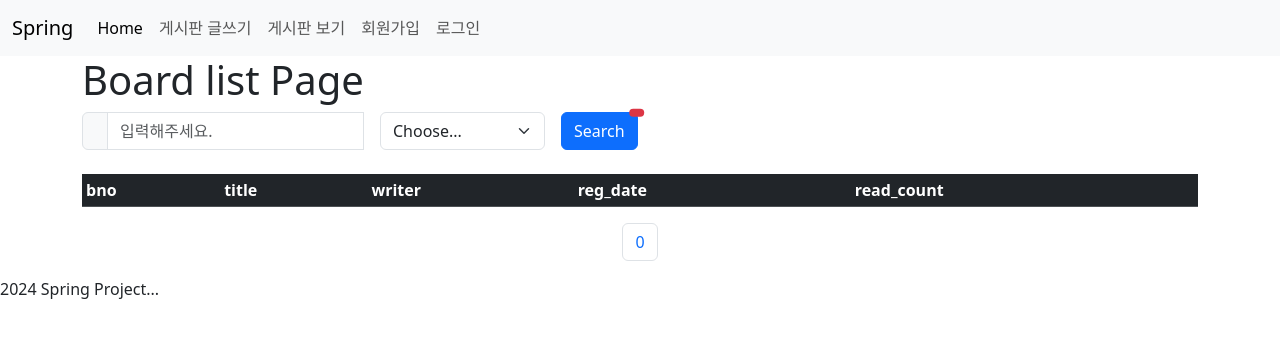
Repository: leechanggyu1118/Spring
Page: http://localhost/spring_study/WEB-INF/views/board/list.jsp
The author's editor kept a copy of each file at every save. The page is drawn from the files as they stood at one save, then again after the next save.
The browser window is 1280 px wide. The pictures show the whole page.
The page is served by Tomcat 9. Nobody is signed in. The template is opened directly, without the code that normally fills it, so the values that code supplies are empty.

Above is the page before, as saved 2024-04-30 02:03:32.

### spring_study/src/main/webapp/WEB-INF/views/board/list.jsp
<%@ page language="java" contentType="text/html; charset=UTF-8"
	pageEncoding="UTF-8"%>
 <%@ taglib uri="http://java.sun.com/jsp/jstl/core" prefix="c" %>

<jsp:include page="../layout/header.jsp"></jsp:include>
<div class="container-md">
	<h1>Board list Page</h1>
	<!-- 검색라인  -->
<form action="/board/list" class="row row-cols-lg-auto g-3 align-items-center">
  <div class="col-12">
    <label class="visually-hidden" for="inlineFormInputGroupUsername">입력해주세요</label>
    <div class="input-group">
      <div class="input-group-text">
     </div>
      <input type="text" name="keyword" class="form-control" id="inlineFormInputGroupUsername" value="${ph.pgvo.keyword }" placeholder="입력해주세요.">
      <input type="hidden" name="pageNo" value="1">
      <input type="hidden" name="qty" value="10">

    </div>
  </div>

  <div class="col-12">
    <label class="visually-hidden" for="inlineFormSelectPref">Preference</label>
    <select name="type" class="form-select" id="inlineFormSelectPref">
      <option ${ph.pgvo.type == null ? 'selected' : '' } selected>Choose...</option>
      <option value="t" ${ph.pgvo.type eq 't' ? 'selected' : '' }>Title</option>
      <option value="w"  ${ph.pgvo.type eq 'w' ? 'selected' : '' }>Writer</option>
      <option value="c"  ${ph.pgvo.type eq 'c' ? 'selected' : '' }>Content</option>
      <option value="tc"  ${ph.pgvo.type eq 'tc' ? 'selected' : '' }>title&content</option>
      <option value="wc"  ${ph.pgvo.type eq 'wc' ? 'selected' : '' }>writer&content</option>
      <option value="tw"  ${ph.pgvo.type eq 'tw' ? 'selected' : '' }>title&writer</option>
      <option value="twc" ${ph.pgvo.type eq 'twc' ? 'selected' : '' }>All</option>

    </select>
  </div>

  <div class="col-12">
<button type="submit" class="btn btn-primary position-relative">
  Search
  <span class="position-absolute top-0 start-100 translate-middle badge rounded-pill bg-danger">
    ${ph.totalCount }
    <span class="visually-hidden">unread messages</span>
  </span>
</button>
  </div>
</form>
	<br>


	<table class="table table-dark table-sm">
		<thead>
			<tr>
				<th>bno</th>
				<th>title</th>
				<th>writer</th>
				<th>reg_date</th>
				<th>read_count</th>
			</tr>
		</thead>
		<tbody>
		<c:forEach items="${list }" var="bvo">
		<tr>
			<td>${bvo.bno }</td>
			<td> <a href="/board/detail?bno=${bvo.bno }">${bvo.title }</a> </td>
			<td>${bvo.writer }</td>
			<td>${bvo.reg_date }</td>
			<td>${bvo.read_count }</td>

		</tr>

		</c:forEach>


		</tbody>

	</table>
	<!-- 페이지네이션라인  -->
	<nav aria-label="Page navigation example">
  <ul class="pagination justify-content-center">
  <c:if test="${ph.prev }">
    <li class="page-item"><a class="page-link" href="/board/list?pageNo=${ph.startPage-1}&qty=${ph.pgvo.qty}&type=${ph.pgvo.type}&keyword=${ph.pgvo.keyword}">Previous</a></li>
  </c:if>

    <c:forEach begin="${ph.startPage }" end="${ph.endPage }" var="i">
    <li class="page-item"><a class="page-link" href="/board/list?pageNo=${i}&qty=${ph.pgvo.qty}&type=${ph.pgvo.type}&keyword=${ph.pgvo.keyword}">${i }</a></li>
    </c:forEach>


    <c:if test="${ph.next }">
    <li class="page-item"><a class="page-link" href="/board/list?pageNo=${ph.endPage+1}&qty=${ph.pgvo.qty}&type=${ph.pgvo.type}&keyword=${ph.pgvo.keyword}">Next</a></li>
    </c:if>
  </ul>
</nav>


</div>
<jsp:include page="../layout/footer.jsp"></jsp:include>

### spring_study/src/main/webapp/WEB-INF/views/layout/header.jsp
<%@ page language="java" contentType="text/html; charset=UTF-8"
    pageEncoding="UTF-8"%>
    <%@taglib uri="http://java.sun.com/jsp/jstl/core" prefix="c" %>
<!DOCTYPE html>
<html>
<head>
<meta charset="UTF-8">
<title>header.jsp</title>
<link href="https://cdn.jsdelivr.net/npm/bootstrap@5.3.3/dist/css/bootstrap.min.css" rel="stylesheet" integrity="sha384-QWTKZyjpPEjISv5WaRU9OFeRpok6YctnYmDr5pNlyT2bRjXh0JMhjY6hW+ALEwIH" crossorigin="anonymous">
<script src="https://cdn.jsdelivr.net/npm/bootstrap@5.3.3/dist/js/bootstrap.bundle.min.js" integrity="sha384-YvpcrYf0tY3lHB60NNkmXc5s9fDVZLESaAA55NDzOxhy9GkcIdslK1eN7N6jIeHz" crossorigin="anonymous"></script>
</head>
<body>

<nav class="navbar navbar-expand-lg bg-body-tertiary">
  <div class="container-fluid">
    <a class="navbar-brand" href="#">Spring</a>
    <button class="navbar-toggler" type="button" data-bs-toggle="collapse" data-bs-target="#navbarSupportedContent" aria-controls="navbarSupportedContent" aria-expanded="false" aria-label="Toggle navigation">
      <span class="navbar-toggler-icon"></span>
    </button>
    <div class="collapse navbar-collapse" id="navbarSupportedContent">
      <ul class="navbar-nav me-auto mb-2 mb-lg-0">
        <li class="nav-item">
          <a class="nav-link active" aria-current="page" href="/">Home</a>
        </li>
        <li class="nav-item">
          <a class="nav-link" href="/board/register">게시판 글쓰기</a>
        </li>
        <li class="nav-item">
          <a class="nav-link" href="/board/list">게시판 보기</a>
        </li>
        <li class="nav-item">
          <a class="nav-link" href="/member/register">회원가입</a>
        </li>

        <c:if test="${ses.id eq null }">
        <li class="nav-item">
          <a class="nav-link" href="/member/login">로그인</a>
        </li>
        </c:if>

        <c:if test="${ses.id ne null }">
        <li class="nav-item">
          <a class="nav-link" href="/member/logout">로그아웃</a>
        </li>
        <li class="nav-item">
          <a class="nav-link" href="/member/modify">${ses.id }(${ses.email }) welcome!</a>
        </li>
		</c:if>

        </ul>
    </div>
  </div>
</nav>

### spring_study/src/main/webapp/WEB-INF/views/layout/footer.jsp
<%@ page language="java" contentType="text/html; charset=UTF-8"
    pageEncoding="UTF-8"%>
<div>
	2024 Spring Project...
</div>

</body>
</html>

After the next save:
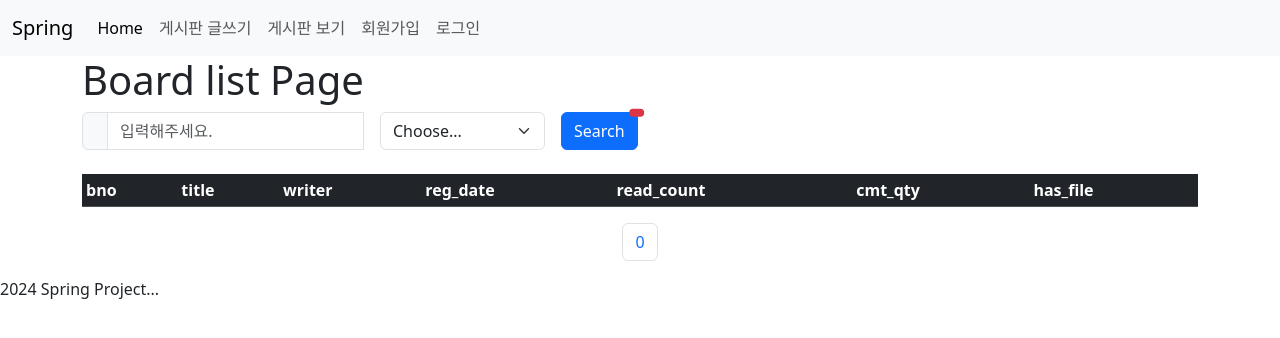
Saved 4 min 2 s later.
--- a/spring_study/src/main/webapp/WEB-INF/views/board/list.jsp
+++ b/spring_study/src/main/webapp/WEB-INF/views/board/list.jsp
@@ -55,6 +55,8 @@
 				<th>writer</th>
 				<th>reg_date</th>
 				<th>read_count</th>
+				<th>cmt_qty</th>
+				<th>has_file</th>
 			</tr>
 		</thead>
 		<tbody>
